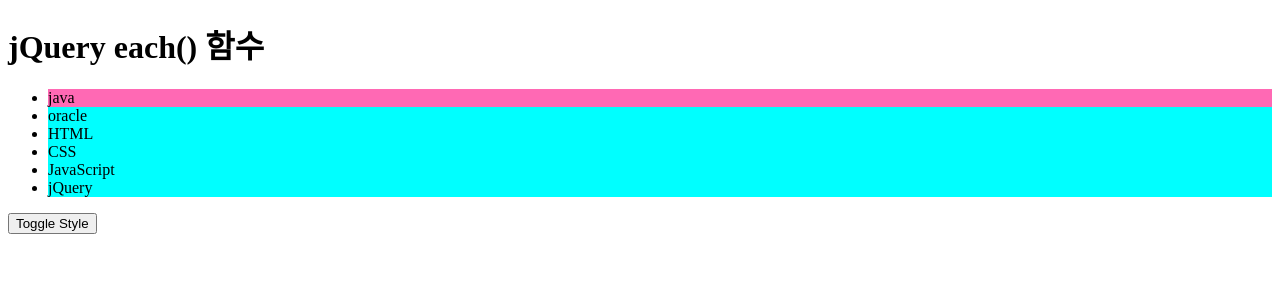
Repository: Dalso13/workspace
Page: workspace_web/chapter04_jQuery/WebContent/Ex10_jQuery_each.html
The author's editor kept a copy of each file at every save. The page is drawn from the files as they stood at one save, then again after the next save.
The browser window is 1280 px wide. The pictures show the whole page.
After loading, the first visible `#btn` was clicked once.

Above is the page before, as saved 2023-05-16 07:12:30.

### workspace_web/chapter04_jQuery/WebContent/Ex10_jQuery_each.html
<!DOCTYPE html>
<html>
<head>
<meta charset="UTF-8">
<title>Insert title here</title>
<style>
 .hot{background-color: hotpink}
 .cold{background-color: aqua}
</style>
<script src="js/jquery-3.4.1.js"></script>
<script type="text/javascript">
	/*
		'컬렉션'.each(handler);
		- each 반복문과 비슷한 구조
		- handler : 컬렉션의 모든 원소들에 대해서 적용할 기능

		ex)
		$("li").each(function(index, element){  // li의 개수 만큼 반복
			// element 대신에 this를 사용할 수 있음 $(this)
		})
	*/

	$(function() {

		$("#btn").click(function() {
				$("li").each(function(index, li) {
				if (index / 2 == 0) {
					$(this).toggleClass("hot")
				} else {
					$(this).toggleClass("cold")
				}
			})
		})

	})
</script>
</head>
<body>
	<h1>jQuery each() 함수</h1>
	<ul>
		<li>java </li>
		<li>oracle </li>
		<li>HTML </li>
		<li>CSS </li>
		<li>JavaScript </li>
		<li>jQuery </li>
	</ul>
	<button id="btn">Toggle Style</button>
</body>
</html>

Loaded but not shown: workspace_web/chapter04_jQuery/WebContent/js/jquery-3.4.1.js (library)

After the next save:
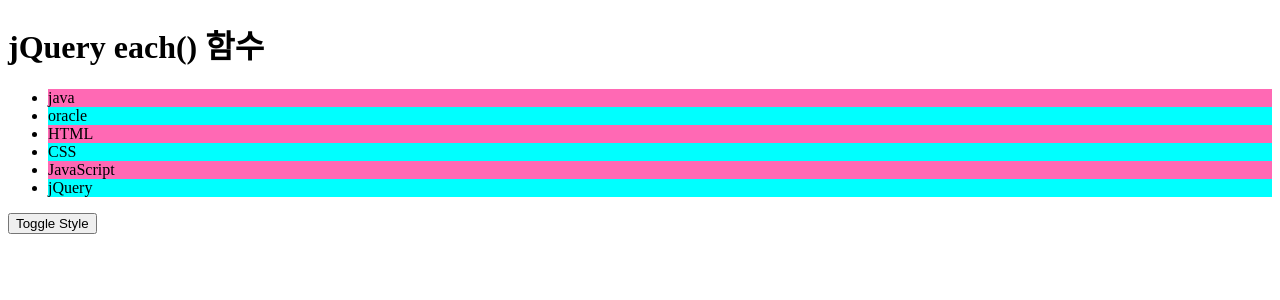
Saved 23 s later.
--- a/workspace_web/chapter04_jQuery/WebContent/Ex10_jQuery_each.html
+++ b/workspace_web/chapter04_jQuery/WebContent/Ex10_jQuery_each.html
@@ -24,7 +24,7 @@
 
 		$("#btn").click(function() {
 				$("li").each(function(index, li) {
-				if (index / 2 == 0) {
+				if (index % 2 == 0) {
 					$(this).toggleClass("hot")
 				} else {
 					$(this).toggleClass("cold")
